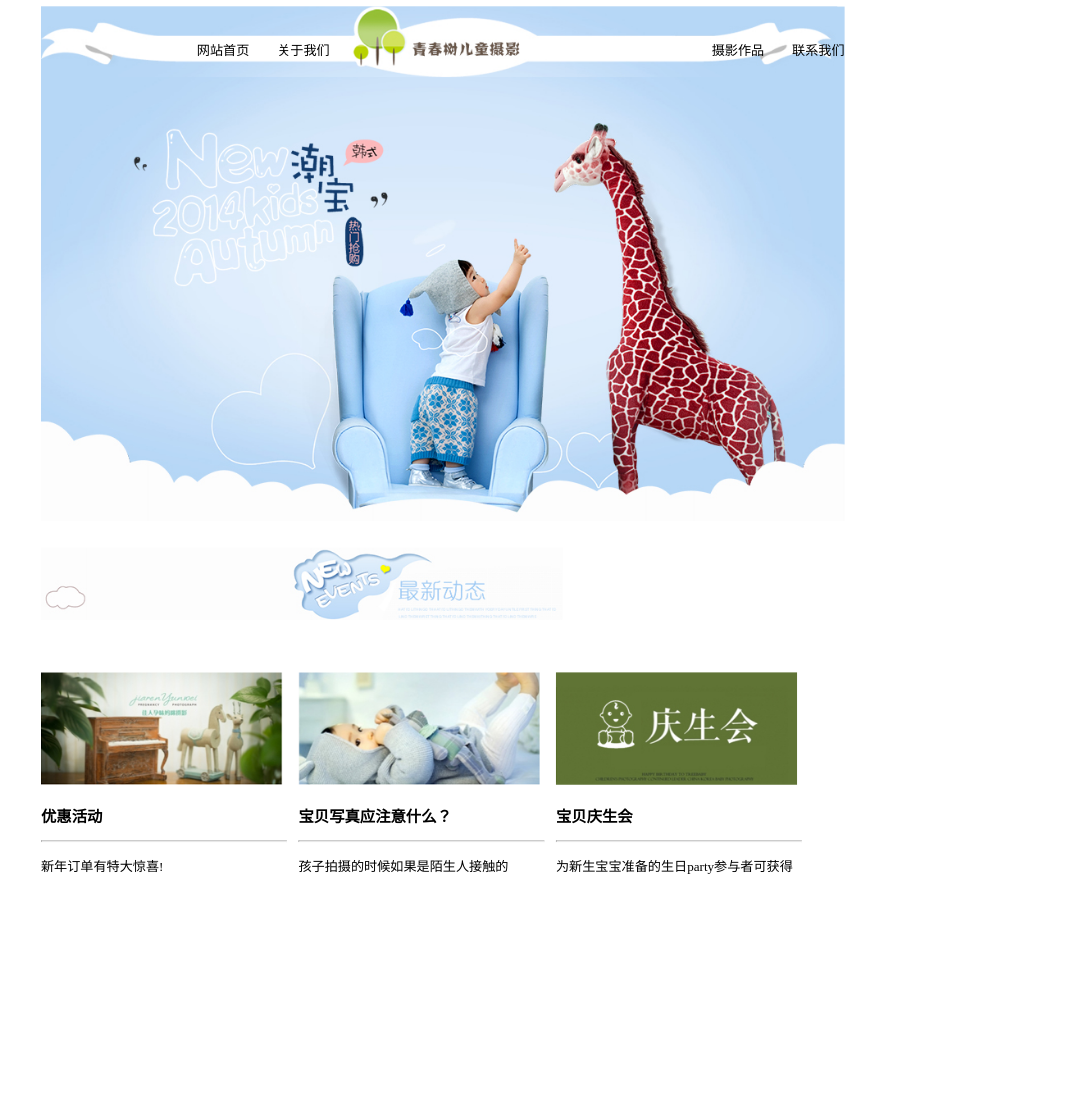
Repository: kxl666/kxl-Html
Page: 05.1.第五节任务(儿童摄影网)/index.html
An editor plug-in stored every save of this project. The page is shown before and after the next save, followed by the edit.
The browser window is 1280 px wide. The page is 1330 px wide, so the pictures cover 1330 px, including what lies to the right of the window. The pictures show the whole page, at 82% of full size.

Above is the page before, as saved 2021-09-16 22:01:10.

After the next save:
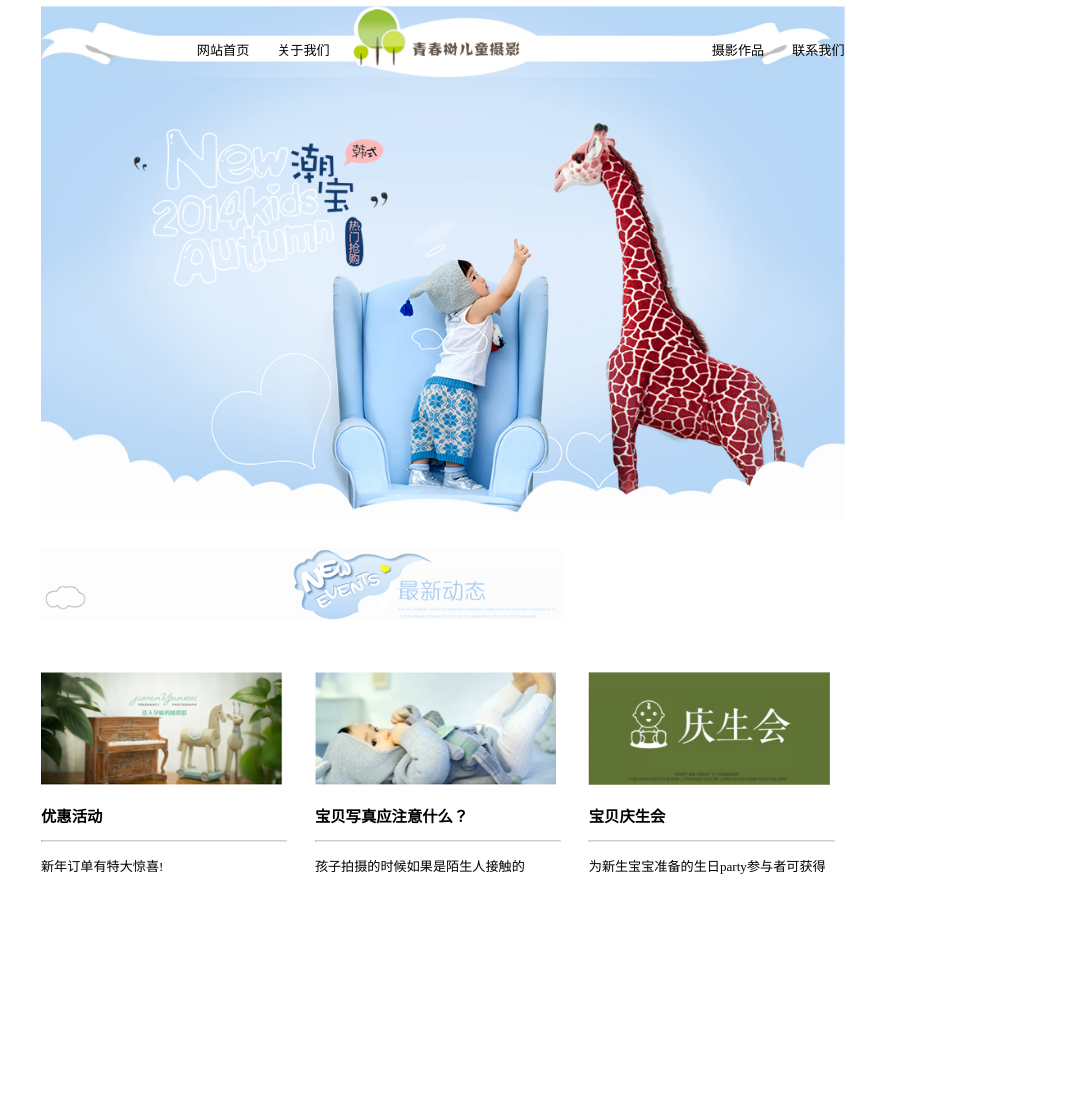
Saved 12 s later.
--- a/05.1.第五节任务(儿童摄影网)/style.css
+++ b/05.1.第五节任务(儿童摄影网)/style.css
@@ -55,5 +55,5 @@
     width: 300px;
     height: 200px;
     padding-left: 0px;
-    padding-right: 10px;
+    padding-right: 30px;
 }
